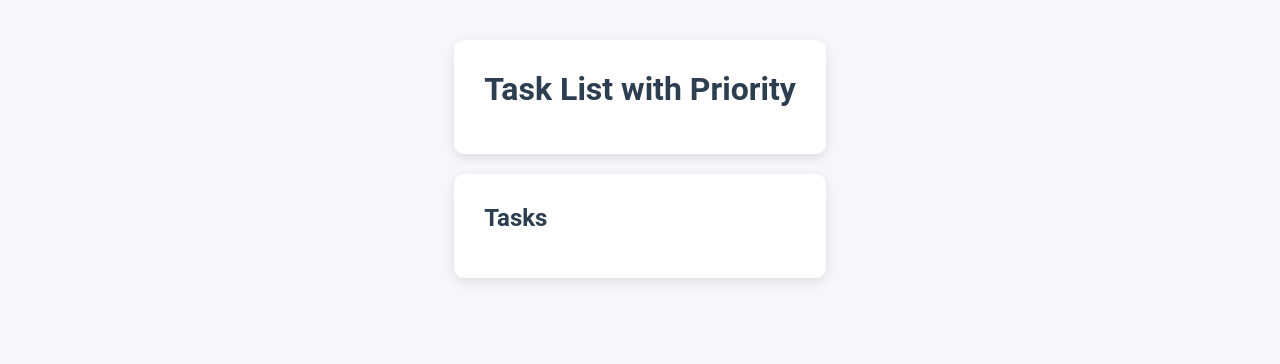
Repository: Lithium87/TaskList
Page: /
An editor plug-in stored every save of this project. The page is shown before and after the next save, followed by the edit.
The browser window is 1280 px wide. The pictures show the whole page.
The project was rebuilt for these pictures with package versions that can differ from the ones it lists, and the page was loaded fresh each time. Also part of the build but not shown: vite.config.js.

Above is the page before, as saved 2025-07-08 16:04:57.

### src/index.css
/* General app styles */
* {
  box-sizing: border-box;
  margin: 0;
  padding: 0;
}

body {
  font-family: "Roboto", sans-serif;
  background-color: #f5f7fa;
  display: flex;
  justify-content: center;
  align-items: flex-start;
  min-height: 100vh;
  padding: 40px;
  color: #333;
}

.app {
  display: flex;
  flex-direction: column;
  gap: 20px;
  max-width: 500px;
  width: 100%;
}

/* Main container for current tasks and completed tasks */
.task-container,
.completed-task-container {
  position: relative;
  background-color: #ffffff;
  border-radius: 10px;
  box-shadow: 0 4px 12px rgba(0, 0, 0, 0.1);
  padding: 30px;
}

/* Headings */
h1,
h2 {
  color: #2c3e50;
  margin-bottom: 16px;
}

/* Completed Task toggle button */
.completed-header {
  display: flex;
  align-items: center;
  justify-content: space-between;
}

.toggle-button {
  background: none;
  border: none;
  cursor: pointer;
  font-size: 1.2em;
  color: #3498db;
  transition: transform 0.3s ease;
}

.toggle-button.open {
  transform: rotate(180deg);
}

/* Sort buttons container */
.sort-controls {
  display: flex;
  justify-content: start;
  align-items: center;
  gap: 12px;
  margin-bottom: 20px;
}

/* Close/open button for sections */
.close-button {
  background: none;
  border: none;
  font-size: 1.5em;
  font-weight: bold;
  color: #3498db;
  cursor: pointer;
  position: absolute;
  top: 10px;
  right: 16px;
  padding: 0;
  transition: color 0.3s, transform 0.3s ease;
}

.close-button.open {
  transform: rotate(135deg); /* Turns "×" into "+" */
  color: #2980b9;
}

.close-button:hover {
  color: #2980b9;
}

/* Sort buttons */
.sort-button {
  padding: 6px 12px;
  background-color: #3498db;
  border: none;
  color: white;
  font-size: 0.9em;
  font-weight: bold;
  border-radius: 6px;
  cursor: pointer;
  transition: background-color 0.3s;
}

.sort-button.active {
  background-color: #2980b9;
  font-weight: bold;
}

.sort-button:hover {
  background-color: #2980b9;
}

/* Task form styles */
.task-form {
  display: flex;
  flex-direction: column;
  align-items: center;
  margin-bottom: 20px;
  animation: fade-in 0.5s ease-in-out;
}

.task-form input[type="text"],
.task-form select,
.task-form input[type="datetime-local"] {
  margin: 0 0 16px 0;
  padding: 12px;
  border-radius: 8px;
  border: 1px solid #ced4da;
  width: 80%;
  font-size: 1em;
  transition: border 0.3s;
}

.task-form input:focus,
.task-form select:focus,
.task-form input[type="datetime-local"]:focus {
  outline: none;
  border-color: #3498db;
}

.task-form button {
  padding: 12px 24px;
  border: none;
  background-color: #2980b9;
  color: white;
  font-size: 1em;
  font-weight: bold;
  border-radius: 8px;
  cursor: pointer;
  transition: background-color 0.3s, transform 0.2s;
  width: 80%;
}

.task-form button:hover {
  background-color: #2980b9;
  transform: translateY(-2px);
}

/* Task list styles */
.task-list,
.completed-task-list {
  list-style-type: none;
  padding: 0;
  width: 100%;
}

/* Task item styles */
.task-item {
  padding: 15px;
  border-radius: 8px;
  display: flex;
  justify-content: space-between;
  align-items: center;
  margin: 10px 0;
  font-size: 1.1em;
  transition: transform 0.2s, opacity 0.3s;
  animation: fade-in 0.5s ease-in-out;
}

.task-item.high {
  background-color: #f8d7da;
  color: #721c24;
  border-left: 6px solid #f5c6cb;
}

.task-item.medium {
  background-color: #fff3cd;
  color: #856404;
  border-left: 6px solid #ffeeba;
}

.task-item.low {
  background-color: #d4edda;
  color: #155724;
  border-left: 6px solid #c3e6cb;
}

.task-item:hover {
  transform: scale(1.02);
}

.task-info {
  flex: 1;
  text-align: left;
}

/* Date text style */
.task-deadline {
  font-size: 0.85em;
  color: #666;
  margin-top: 5px;
}

/* Buttons container for vertical alignment */
.task-buttons {
  display: flex;
  flex-direction: column;
  gap: 6px;
}

/* Complete button */
.complete-button {
  padding: 6px 10px;
  background-color: #2ecc71;
  border: none;
  color: white;
  border-radius: 6px;
  font-size: 0.85em;
  font-weight: bold;
  cursor: pointer;
  transition: background-color 0.3s, transform 0.2s;
}

.complete-button:hover {
  background-color: #27ae60;
  transform: translateY(-2px);
}

/* Delete button */
.delete-button {
  padding: 6px 10px;
  background-color: #e74c3c;
  border: none;
  color: white;
  border-radius: 6px;
  font-size: 0.85em;
  font-weight: bold;
  cursor: pointer;
  transition: background-color 0.3s, transform 0.2s;
}

.delete-button:hover {
  background-color: #c0392b;
  transform: translateY(-2px);
}

/* Completed task item */
.task-item.completed {
  background-color: #e0f7df;
  color: #155724;
  border-left: 6px solid #a5d6a7;
  opacity: 0.9;
}

/* Animation for completed tasks */
.completed-task-list .task-item {
  animation: fade-in 0.5s ease-in-out;
}

@keyframes fade-in {
  from {
    opacity: 0;
    transform: translateY(-10px);
  }
  to {
    opacity: 1;
    transform: translateY(0);
  }
}

/* Completed task list container with smooth slide-down effect */
.completed-task-list-container {
  overflow: hidden;
  max-height: 0;
  opacity: 0;
  transition: max-height 0.5s ease, opacity 0.5s ease;
}

.completed-task-list-container.open {
  max-height: 500px; /* Adjust as needed */
  opacity: 1;
}

/* Completed task list section */
.completed-task-list,
.task-list {
  margin-top: 20px;
  padding-top: 10px;
  border-top: 2px solid #ddd;
}

.footer {
  text-align: center;
  margin-top: 20px;
  padding: 10px;
  background-color: #f0f0f0;
  font-size: 0.9em;
}

### src/App.jsx
function App () {
  return (
    <div className="app">
      <div className="task-container">
        <h1>Task List with Priority</h1>
      </div>
      <div className="task-container">
        <h2>Tasks</h2>
      </div>
      <div className="completed_task-container" />
    </div>
  );
}

export default App;

Loaded but not shown: src/main.jsx (common file)

After the next save:
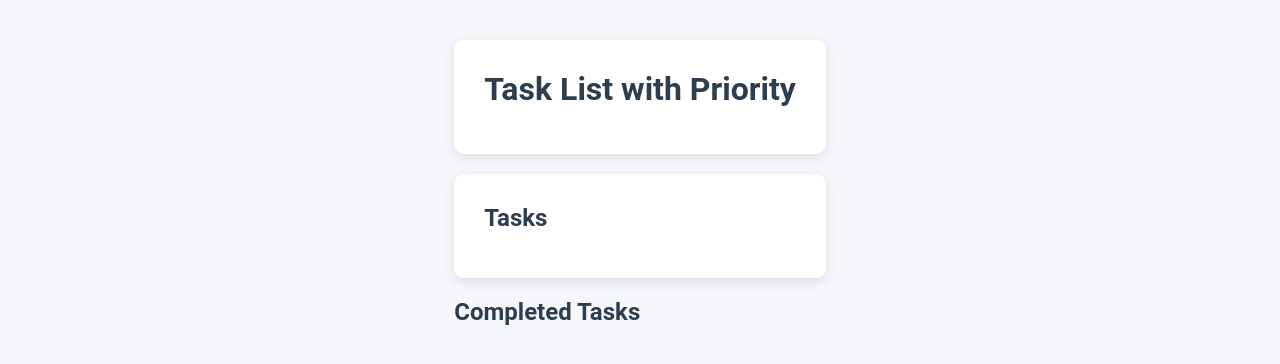
Saved 20 s later.
--- a/src/App.jsx
+++ b/src/App.jsx
@@ -7,7 +7,9 @@ function App () {
       <div className="task-container">
         <h2>Tasks</h2>
       </div>
-      <div className="completed_task-container" />
+      <div className="completed_task-container">
+        <h2>Completed Tasks</h2>
+      </div>
     </div>
   );
 }
